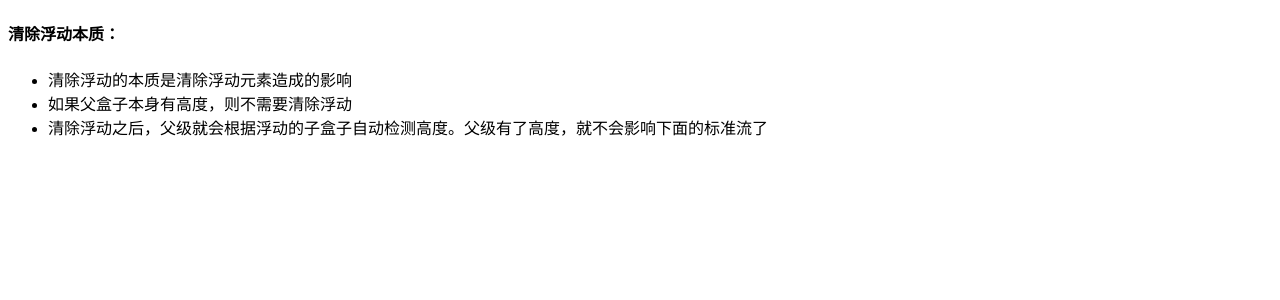
Repository: zhengdeya/web-based
Page: 37-清除浮动/02-清除浮动本质.html
The author's editor kept a copy of each file at every save. The page is drawn from the files as they stood at one save, then again after the next save.
The browser window is 1280 px wide. The pictures show the whole page.

Above is the page before, as saved 2021-04-13 10:47:53.

After the next save:
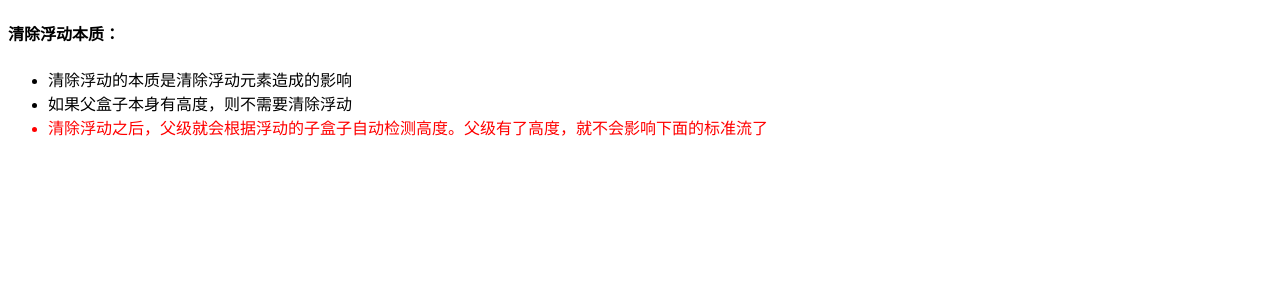
Saved 24 s later.
--- a/37-清除浮动/02-清除浮动本质.html
+++ b/37-清除浮动/02-清除浮动本质.html
@@ -13,7 +13,7 @@
     <ul>
         <li>清除浮动的本质是清除浮动元素造成的影响</li>
         <li>如果父盒子本身有高度，则不需要清除浮动</li>
-        <li>清除浮动之后，父级就会根据浮动的子盒子自动检测高度。父级有了高度，就不会影响下面的标准流了</li>
+        <li style="color: red;">清除浮动之后，父级就会根据浮动的子盒子自动检测高度。父级有了高度，就不会影响下面的标准流了</li>
     </ul>
 
 </body>
